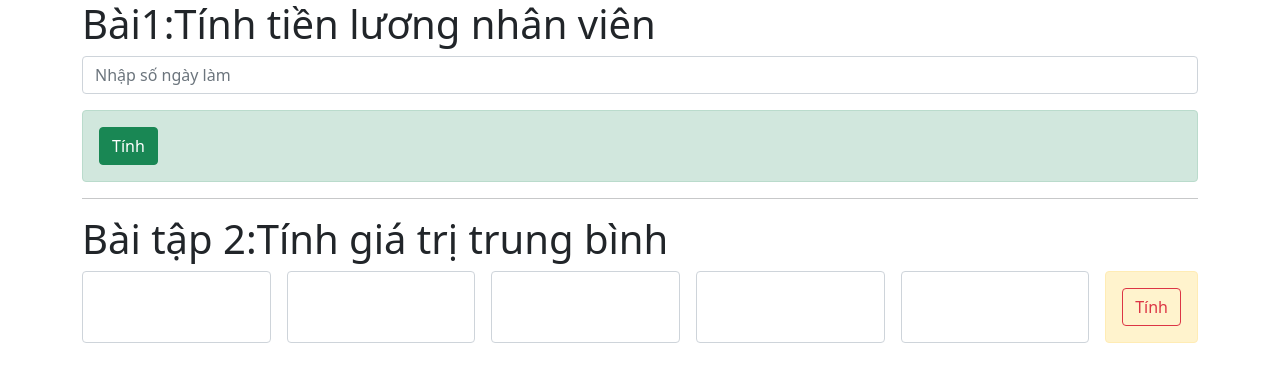
Repository: qkhanh1104k/Js-buoi2-3_giaodienbuoi1
Page: index.html
An editor plug-in stored every save of this project. The page is shown before and after the next save, followed by the edit.
The browser window is 1280 px wide. The pictures show the whole page.

Above is the page before, as saved 2022-07-21 10:50:14.

### index.html
<!DOCTYPE html>
<html lang="en">
  <head>
    <meta charset="UTF-8" />
    <meta http-equiv="X-UA-Compatible" content="IE=edge" />
    <meta name="viewport" content="width=device-width, initial-scale=1.0" />
    <title>Document</title>
    <link
      href="https://cdn.jsdelivr.net/npm/bootstrap@5.1.3/dist/css/bootstrap.min.css"
      rel="stylesheet"
      integrity="sha384-1BmE4kWBq78iYhFldvKuhfTAU6auU8tT94WrHftjDbrCEXSU1oBoqyl2QvZ6jIW3"
      crossorigin="anonymous"
    />
  </head>
  <body>
    <div class="container">
      <h1>Bài1:Tính tiền lương nhân viên</h1>
      <div>
        <input
          type="text"
          id="txtNum"
          class="form-control mb-3"
          placeholder="Nhập số ngày làm"
        />
        <div class="alert alert-success" id="resultBT1">
          <button class="btn btn-success" onclick="demoWhile()">Tính</button>
        </div>
      </div>
      <hr />
      <h1>Bài tập 2:Tính giá trị trung bình</h1>
      <div class="d-flex gap-3">
        <input type="text" id="txtNum1Bt2" class="form-control mb-3" />
        <input type="text" id="txtNum2Bt2" class="form-control mb-3" />
        <input type="text" id="txtNum3Bt2" class="form-control mb-3" />
        <input type="text" id="txtNum4Bt2" class="form-control mb-3" />
        <input type="text" id="txtNum5Bt2" class="form-control mb-3" />
        <div class="alert alert-warning" id="resBt2">
          <button class="btn btn-outline-danger" onclick="calcAvarage5()">
            Tính
          </button>
        </div>
      </div>
    </div>

    <script src="./index.js"></script>
  </body>
</html>

### index.js
// bai tap 1
 /* input:lương 1 ngày, số ngày làm
    process:
    1.lấy input
    2.tính lương= số ngày *lương 1 ngày
    3.log ra màn hình
    output:tiền lương
  */
function demoWhile(){
    var value = +document.getElementById("txtNum").value;
    var salaryPerDay = 200000;
    var salary = value*salaryPerDay;
    document.getElementById("resultBT1").innerHTML= salary;
}

 //  bai tap 2
   /* input: 5 số thực
       process
       1.lấy 5 số thực
       2.tính trung bình 5 số
       3,log ra màn hình
       ouput: trung bình 5 số
   */
function calcAvarage5(){
    var num1 = +document.getElementById("txtNum1Bt2").value;
    var num2 = +document.getElementById("txtNum2Bt2").value;
    var num3 = +document.getElementById("txtNum3Bt2").value;
    var num4 = +document.getElementById("txtNum4Bt2").value;
    var num5 = +document.getElementById("txtNum5Bt2").value;
    var ave = (num1+num2+num3+num4+num5) / 5;
    document.getElementById("resBt2").innerHTML = ave;
}

After the next save:
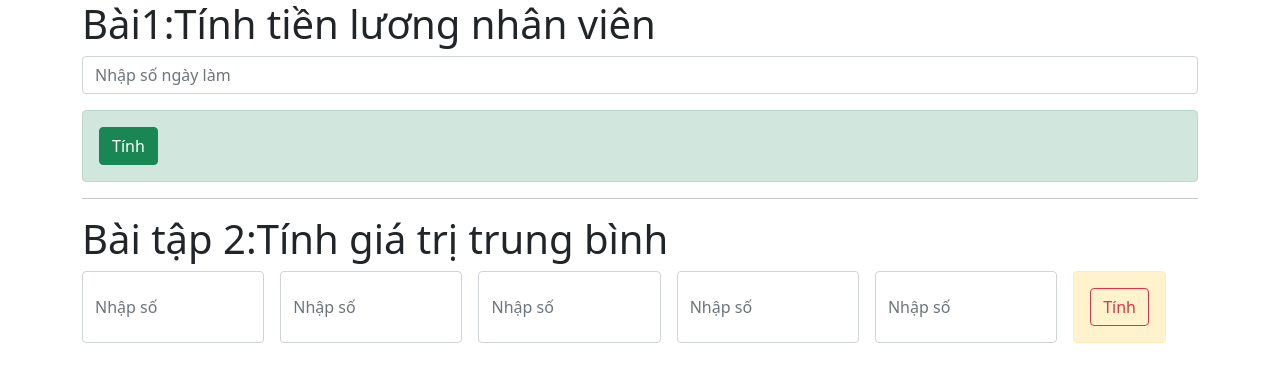
Saved 2 min 24 s later.
--- a/index.html
+++ b/index.html
@@ -29,16 +29,18 @@
       <hr />
       <h1>Bài tập 2:Tính giá trị trung bình</h1>
       <div class="d-flex gap-3">
-        <input type="text" id="txtNum1Bt2" class="form-control mb-3" />
-        <input type="text" id="txtNum2Bt2" class="form-control mb-3" />
-        <input type="text" id="txtNum3Bt2" class="form-control mb-3" />
-        <input type="text" id="txtNum4Bt2" class="form-control mb-3" />
-        <input type="text" id="txtNum5Bt2" class="form-control mb-3" />
+        <input type="text" id="txtNum1Bt2" class="form-control mb-3" placeholder="Nhập số"  />
+        <input type="text" id="txtNum2Bt2" class="form-control mb-3"placeholder="Nhập số" />
+        <input type="text" id="txtNum3Bt2" class="form-control mb-3"placeholder="Nhập số" />
+        <input type="text" id="txtNum4Bt2" class="form-control mb-3" placeholder="Nhập số"/>
+        <input type="text" id="txtNum5Bt2" class="form-control mb-3"placeholder="Nhập số" />
         <div class="alert alert-warning" id="resBt2">
           <button class="btn btn-outline-danger" onclick="calcAvarage5()">
             Tính
           </button>
         </div>
+        <br>
+        <h1></h1>
       </div>
     </div>
 
